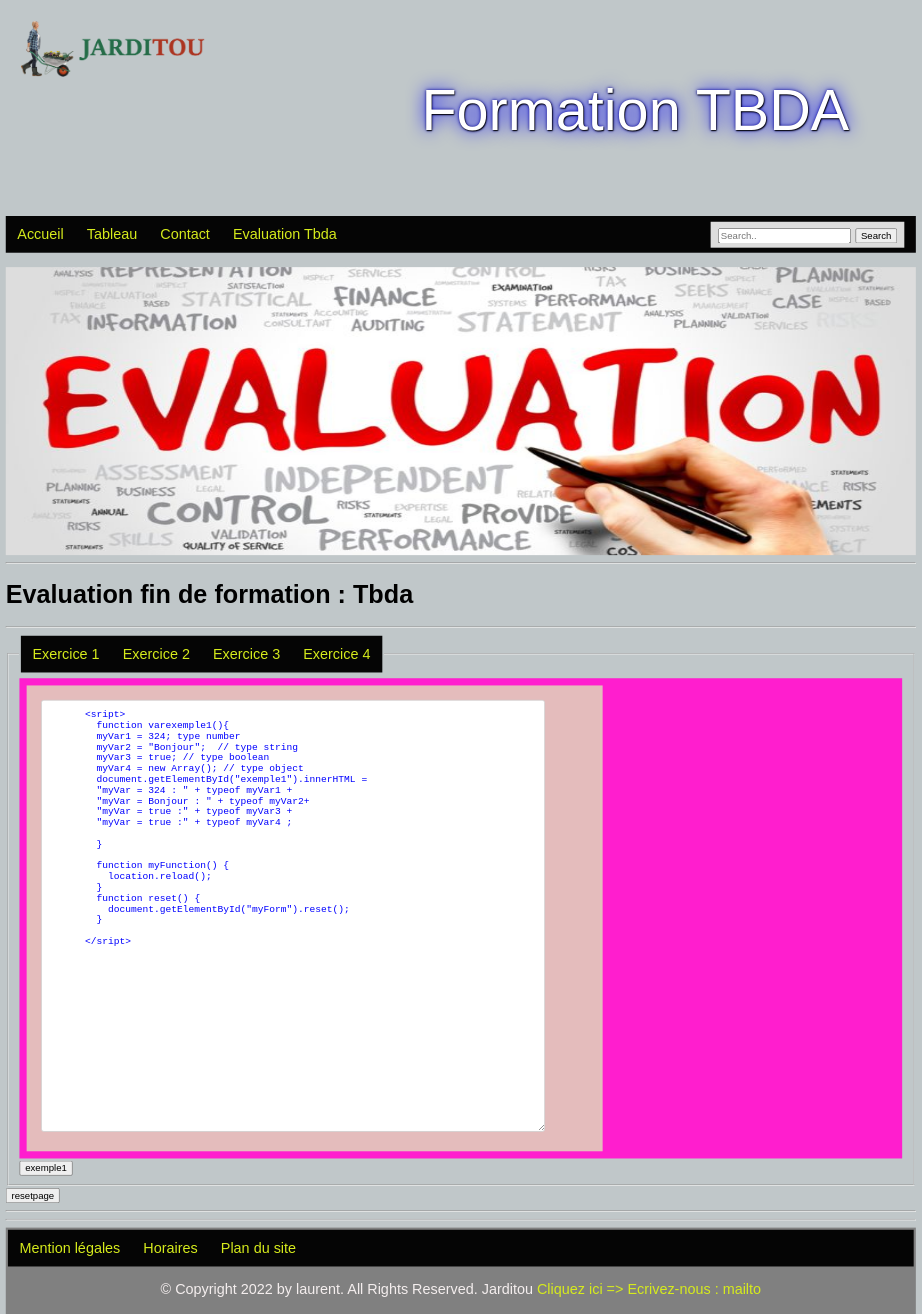
Repository: laurentbul/jarditou
Page: javascript/EvaluationTbda/evaluation_tbda.html
An editor plug-in stored every save of this project. The page is shown before and after the next save, followed by the edit.
The browser window is 1280 px wide. The pictures show the whole page, at 72% of full size.

Above is the page before, as saved 2022-12-15 02:42:14.

### javascript/EvaluationTbda/evaluation_tbda.html
<!DOCTYPE html>
<html lang="fr">

<head>
  <meta charset="UTF-8">
  <meta http-equiv="X-UA-Compatible" content="IE=edge">
  <meta name="viewport" content="width=device-width, initial-scale=1.0">
  <title>cours exercices HTML</title>
  <link rel="stylesheet" href="../assets/css/style.css" />

  <style>
    .flex-container2 {
      display: flex;
      background-color: rgb(255, 30, 206);
    }

    .flex-container2>div {
      background-color: #e4bcbc;
      margin: 10px;
      padding: 20px;
      font-size: 30px;
      width: 800px;
    }
  </style>
</head>

<body>
  <div class="flex-container">
    <div class="logo"><img src="../assets/img/jarditou_logo.png" alt="jarditou logo" title="jarditou logo"
        height="80" />
    </div>
    <div>
      <p class="slogan">Formation TBDA </p>
    </div>
  </div>
  <nav>
    <ul>
      <li><a href="../index.html">Accueil</a></li>
      <li><a href="../table.html">Tableau</a></li>
      <li><a href="../contact.html">Contact</a></li>
      <li><a href="evaluation_tbda.html">Evaluation Tbda</a></li>
      <li class="search-container">
        <div>
          <form action="/action_page.php">
            <input type="text" class="searchinput" placeholder="Search.." name="search" />
            <button type="submit">Search</button>
          </form>
        </div>
      </li>
    </ul>
  </nav>

  <img src="../assets/img/evaluation2.jpg" width="500" height="400" alt="qu'est ce que html" class="imgpromotion"
    title="promotion jarditou" />
  <hr />
  <h1>Evaluation fin de formation : Tbda</h1>
  <hr>



  <fieldset>
    <legend >
      <nav style="padding:1px 0; font-size:20px;">
        <ul>
          <li><a href="eval_ex1.html">Exercice 1 </a></li>
          <li><a href="eval_ex2.html">Exercice 2 </a></li>
          <li><a href="eval_ex3.html">Exercice 3</a></li>
          <li><a href="eval_ex4.html">Exercice 4</a></li>
          </li>
        </ul>
      </nav>
    </legend>
    <div class="flex-container2">
      <div id="code">
        <textarea style="height: 600px;width: 700px; color: blue;">
      <sript>
        function varexemple1(){
        myVar1 = 324; type number
        myVar2 = "Bonjour";  // type string
        myVar3 = true; // type boolean
        myVar4 = new Array(); // type object
        document.getElementById("exemple1").innerHTML =
        "myVar = 324 : " + typeof myVar1 +
        "myVar = Bonjour : " + typeof myVar2+
        "myVar = true :" + typeof myVar3 +
        "myVar = true :" + typeof myVar4 ;

        }

        function myFunction() {
          location.reload();
        }
        function reset() {
          document.getElementById("myForm").reset();
        }

      </sript>
    </textarea>
      </div>
    </div>
      <div id="exemple1">
        <div><input type="button" onclick="varexemple1()" value="exemple1">

        </div>

  </fieldset>


  <input type="button" onclick="myFunction()" value="resetpage"></div>
  </div>
  <hr>
  <script>
    function varexemple1() {
      myVar1 = 324;    /* type number*/
      myVar2 = "Bonjour";  // type string
      myVar3 = true; // type boolean
      myVar4 = new Array(); // type object
      document.getElementById("exemple1").innerHTML =
        "myVar = 324 : " + typeof myVar1 + "<br>" + "<br>" +
        "myVar = Bonjour : " + typeof myVar2 + "<br>" + "<br>" +
        "myVar = true :" + typeof myVar3 + "<br>" + "<br>" +
        "myVar = true :" + typeof myVar4 + "<br>" + "<br>"

    }

    function myFunction() {
      location.reload();
    }
    function reset() {
      document.getElementById("myForm").reset();
    }

  </script>

  <hr>
  <footer>
    <nav>
      <ul>
        <li><a href="mentionlegale.html">Mention légales</a></li>
        <li><a href="horaire.html">Horaires</a></li>
        <li><a href="plandusite.html">Plan du site</a></li>
      </ul>
    </nav>
    <p style="color: rgb(244, 238, 238);">
      &copy; Copyright 2022 by laurent. All Rights Reserved. Jarditou
      <a href="mailto:dave.loper@afpa.fr" title="Nous contacter">
        Cliquez ici => Ecrivez-nous : mailto
      </a>
    </p>
  </footer>
</body>

</html>

### javascript/assets/css/style.css
body {
  font-family: Arial, Helvetica, sans-serif;
  padding: 0px;
  background-color: rgb(192, 199, 201);
  font-size: 20px;
  height: 1500px;
}
h1{font-size: 35px;
}
h2{font-size: 20px;
}
.flex-container {
  display: flex;
}

.flex-container>div {
  padding: 20px;
}

.jarditou_logo {
  height: 80px;
}

.slogan {
  color: white;
  text-shadow: 1px 1px 2px black, 0 0 25px blue, 0 0 5px darkblue;
  font-size: 40px;
  margin-left: 250px;
  font-size: 80px;
}

ul {
  list-style-type: none;
  margin: 0;
  padding: 0;
  overflow: hidden;
  background-color: rgb(5, 5, 5);
}

li {
  float: left;
}

li a {
  display: block;
  color: white;
  text-align: center;
  padding: 14px 16px;
  text-decoration: none;
}

li a:hover:not(.active) {
  background-color: rgb(240, 10, 10);
}

.active {
  background-color: #4caf50;
}

a:link {
  color: rgb(214, 235, 28);
  background-color: transparent;
  text-decoration: none;
}

ul.a {

  background-color: rgb(179, 167, 167);

  color:rgb(42, 226, 211);

}


aside {
  width: 30%;
  height: 25%px;
  padding-left: 15px;
  float: right;
  font-style: italic;
  background-color: lightgray;
  margin-right: 60px;
  /*display:none */ /*===========correction =======================*/
}



.imgpromotion {
  display: block;
  margin-top: 20px;
  margin-left: auto;
  margin-right: auto;
  width: 100%;
}


footer {
  text-align: center;
  padding: 3px;
  background-color: gray;
  color: white;
}


.search-container {
  float: right;
  padding: 6px 10px;
  margin-top: 8px;
  margin-right: 16px;
  background: #ddd;
  font-size: 20px;
  border: none;
  cursor: pointer;
}


* {
  box-sizing: border-box;
}

input[type=text]:not(.searchinput),
select,
textarea {
  width: 100%;
  padding: 12px;
  border: 1px solid #ccc;
  border-radius: 4px;
  resize: vertical;
}



input[type=submit] {
  display: block;
  margin: 0px;
  width: 100%;
  padding: 12px;
  background-color: rgb(211, 211, 212);
}


input[type=submit]:hover {
  background-color: #d6c82f;
}

.container {
  border-radius: 5px;
  background-color: #af1818;
  padding: 20px;
}

#pays {
  font-size: 20px;
}

#birthday {
  font-size: 20px;
}

table {
  margin-bottom: 50px;
  margin-left: 100px;
}


th,
td {
  border: 1px solid black;
  border-collapse: collapse;
  margin-left: 100px;
  margin-bottom: 10px;
  background-color: #3f3324;
}

th {
  background-color: gray;
}

tr {
  color: azure;
}

table {
  width: 50%;
}

.btncontact {
  height: 45px;
  width: 200px;
  background-color: hsl(127, 4%, 46%);
  font-size: 20px;
  margin-left: 100px;
}

.btncontact:hover {
  background-color: #6ab0d8;
  color: white;
}

/* Responsive layout - when the screen is less than 768px wide, make the two columns stack on top of each other instead of next to each other */
@media screen and (max-width: 768px) {

  body {

    background-color: lavender;
    font-size: 14px;
  }


  .flex-container {
    display: flex;
  }

  .flex-container>div {
    padding: 0px;

  }

  .jarditou_logo {
    height: 80px;
  }

  .slogan {
    color: white;
    text-shadow: 1px 1px 2px black, 0 0 25px blue, 0 0 5px darkblue;
    margin-left: 0px;
    font-size: 40px;
  }

  ul {
    list-style-type: none;
    background-color: #367791;
    width: 768px;
  }

  li {
    background-color: rgb(10, 10, 10);
    display: flex;
    justify-content: center;
    width: 768px;
  }

  li a:hover:not(.active) {
    background-color: rgb(240, 10, 10);
  }

  aside{
    visibility: hidden;
}


}

.error{
  color: rgb(197, 22, 22);
}

After the next save:
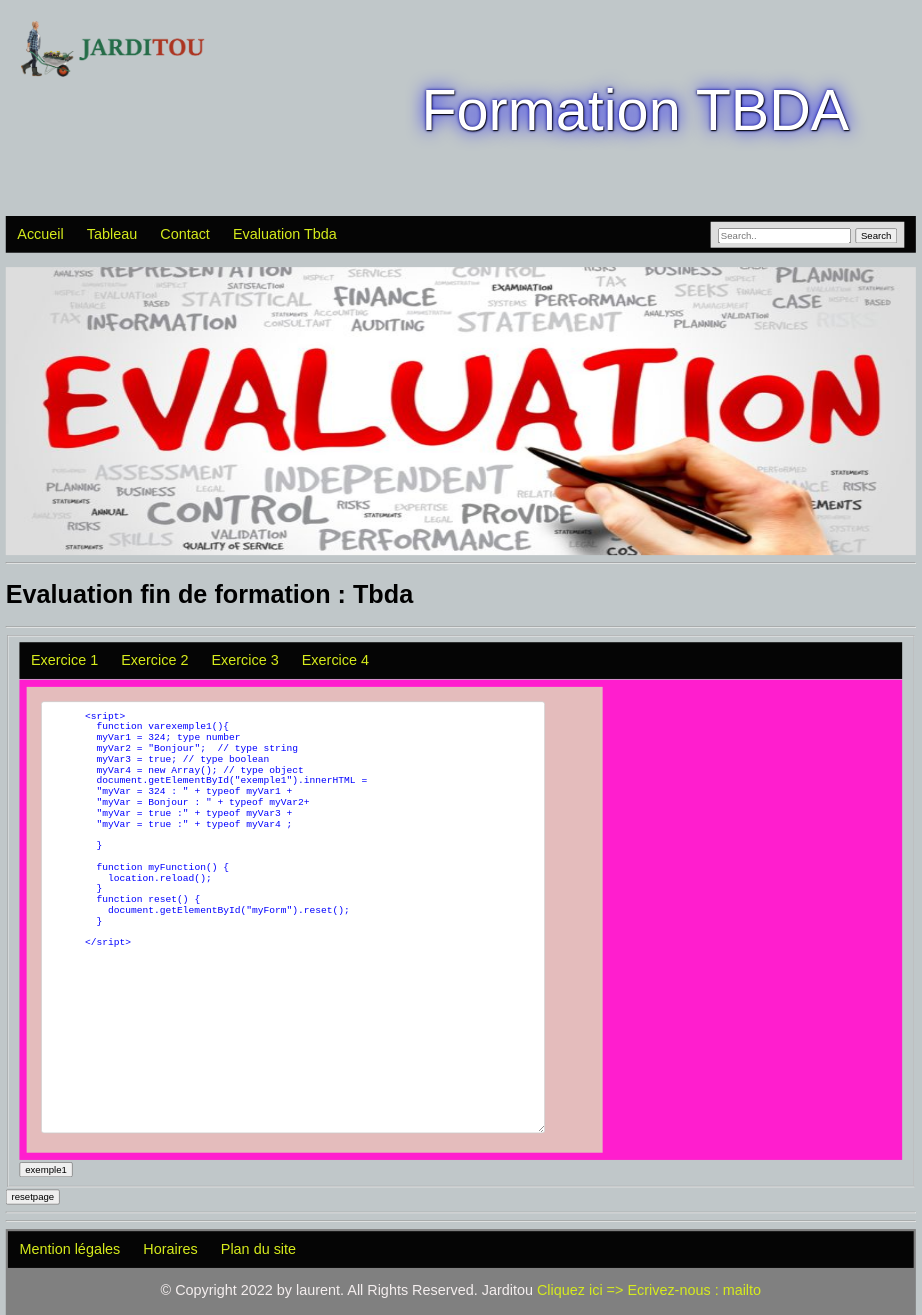
Saved 11 s later.
--- a/javascript/EvaluationTbda/evaluation_tbda.html
+++ b/javascript/EvaluationTbda/evaluation_tbda.html
@@ -59,7 +59,6 @@
 
 
   <fieldset>
-    <legend >
       <nav style="padding:1px 0; font-size:20px;">
         <ul>
           <li><a href="eval_ex1.html">Exercice 1 </a></li>
@@ -69,7 +68,6 @@
           </li>
         </ul>
       </nav>
-    </legend>
     <div class="flex-container2">
       <div id="code">
         <textarea style="height: 600px;width: 700px; color: blue;">
